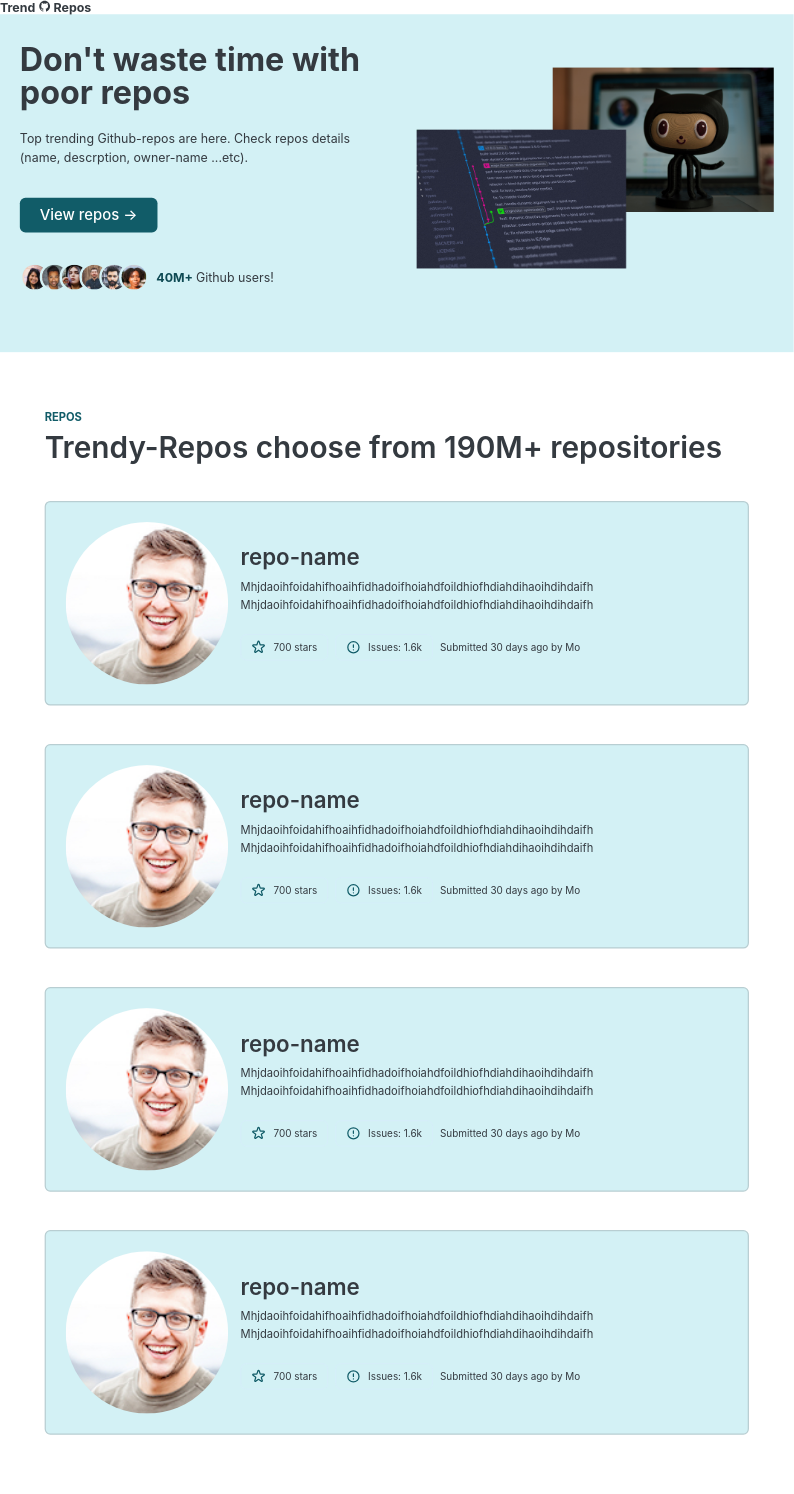
Repository: MoRamdan11/Trending-repos-challenge
Page: /
An editor plug-in stored every save of this project. The page is shown before and after the next save, followed by the edit.
The browser window is 1280 px wide. The pictures show the whole page, at 62% of full size.
Some web libraries are served in a nearby version. The project was rebuilt for these pictures with package versions that can differ from the ones it lists, and the page was loaded fresh each time. Also part of the build but not shown: src/App.css, src/components/test.js, src/components/Navbar/navbar.css.

Above is the page before, as saved 2021-09-01 03:35:59.

After the next save:
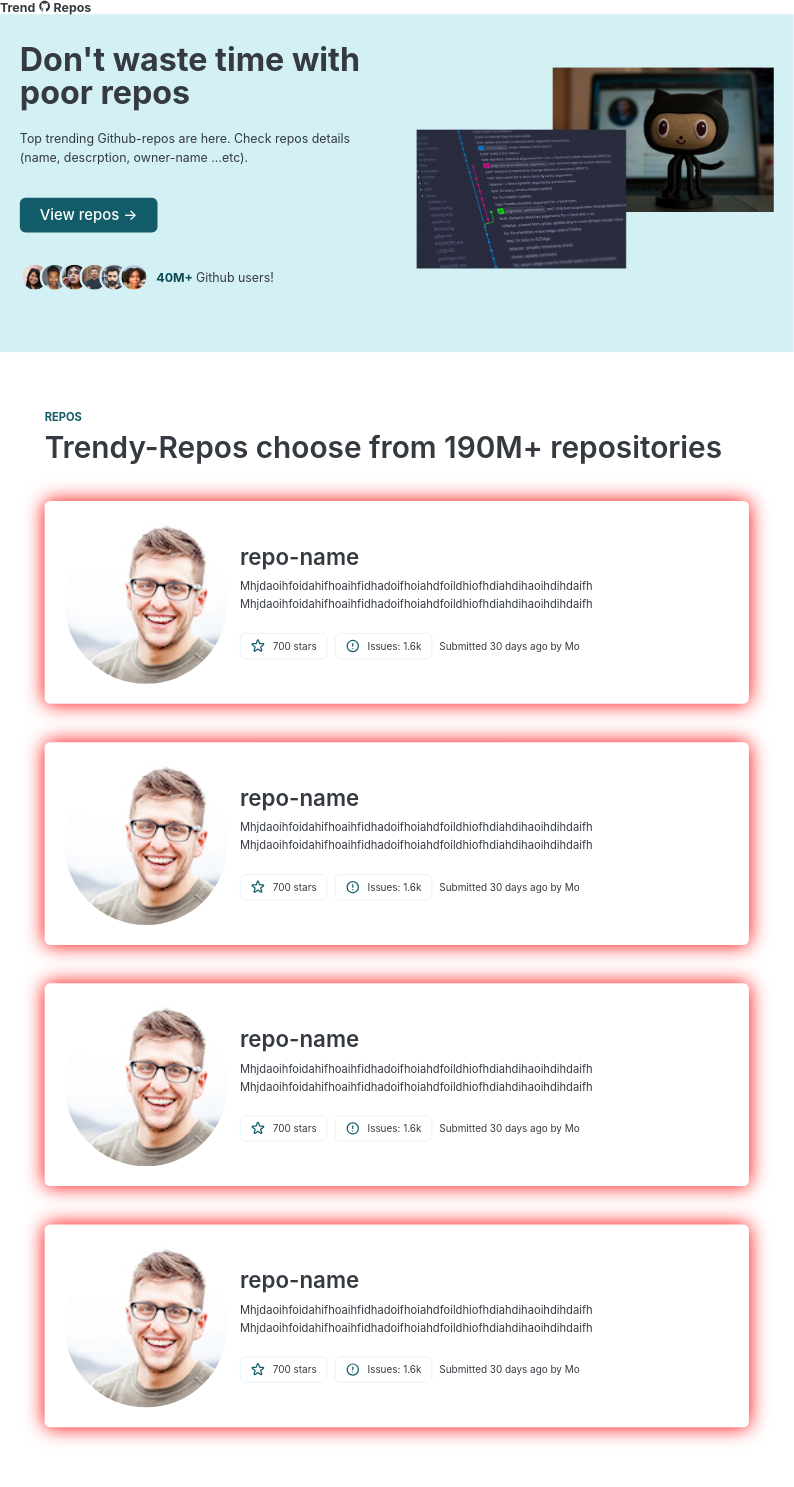
Saved 70 s later.
--- a/src/components/Repo-Row/repo.css
+++ b/src/components/Repo-Row/repo.css
@@ -4,8 +4,7 @@
   display: grid;
   grid-template-columns: 1fr 3fr;
   column-gap: 2rem;
-  border: 2px solid #b8ced2;
-  background-color: #d3f1f5;
+  box-shadow: 0 0 3.2rem red;
   padding: 3.2rem;
   border-radius: 9px;
   align-items: center;
